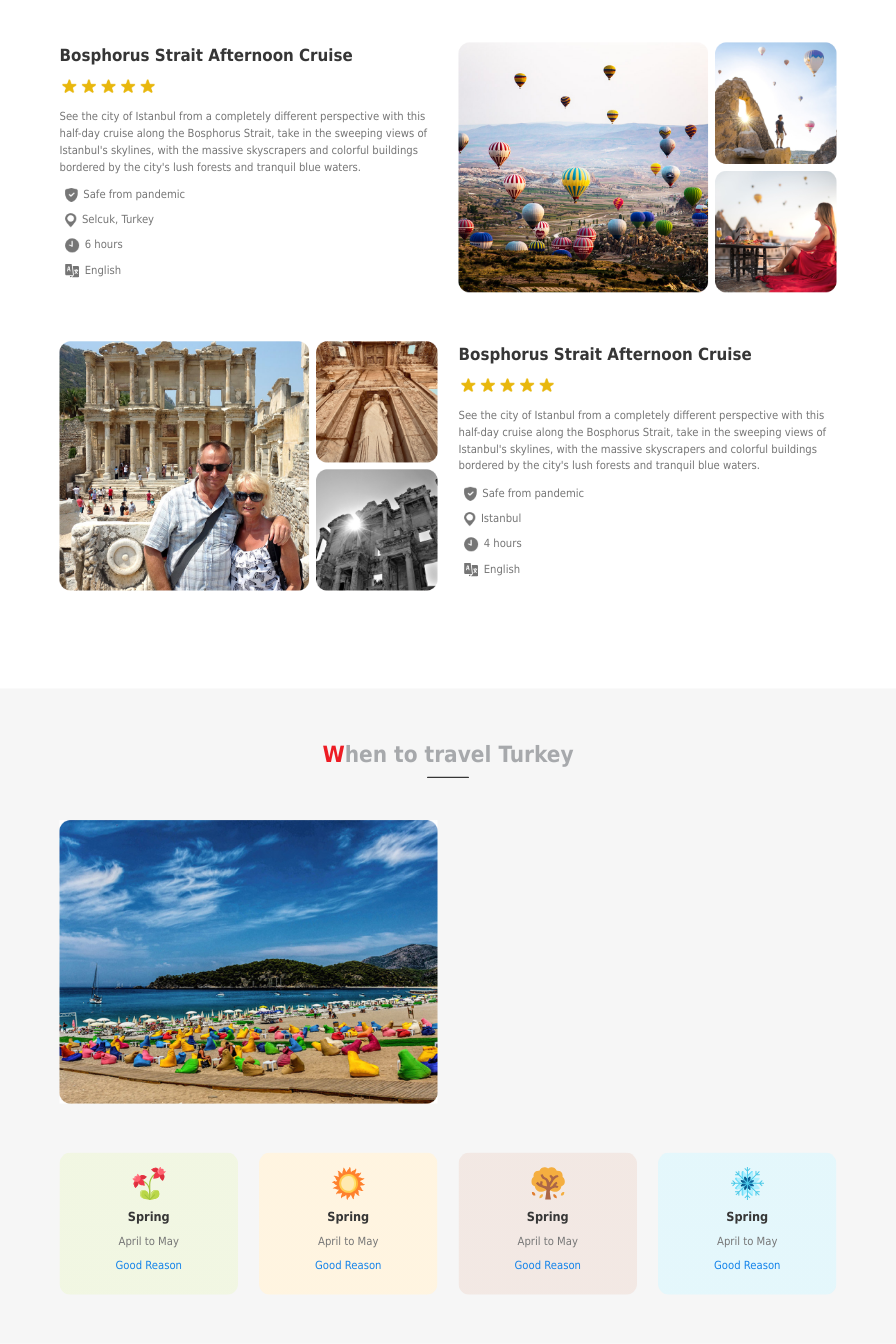
Repository: cvminhquan/turkey
Page: index.html
The author's editor kept a copy of each file at every save. The page is drawn from the files as they stood at one save, then again after the next save.
The browser window is 1280 px wide. The pictures show the part of the page from y = 1881 to 3801 px (the page is 3801 px tall), at 70% of full size.
The style sheet was rebuilt from its Sass, Less or Tailwind sources for each picture, by a compiler version that may differ from the author's.

Above is the page before, as saved 2022-09-15 20:12:17.

After the next save:
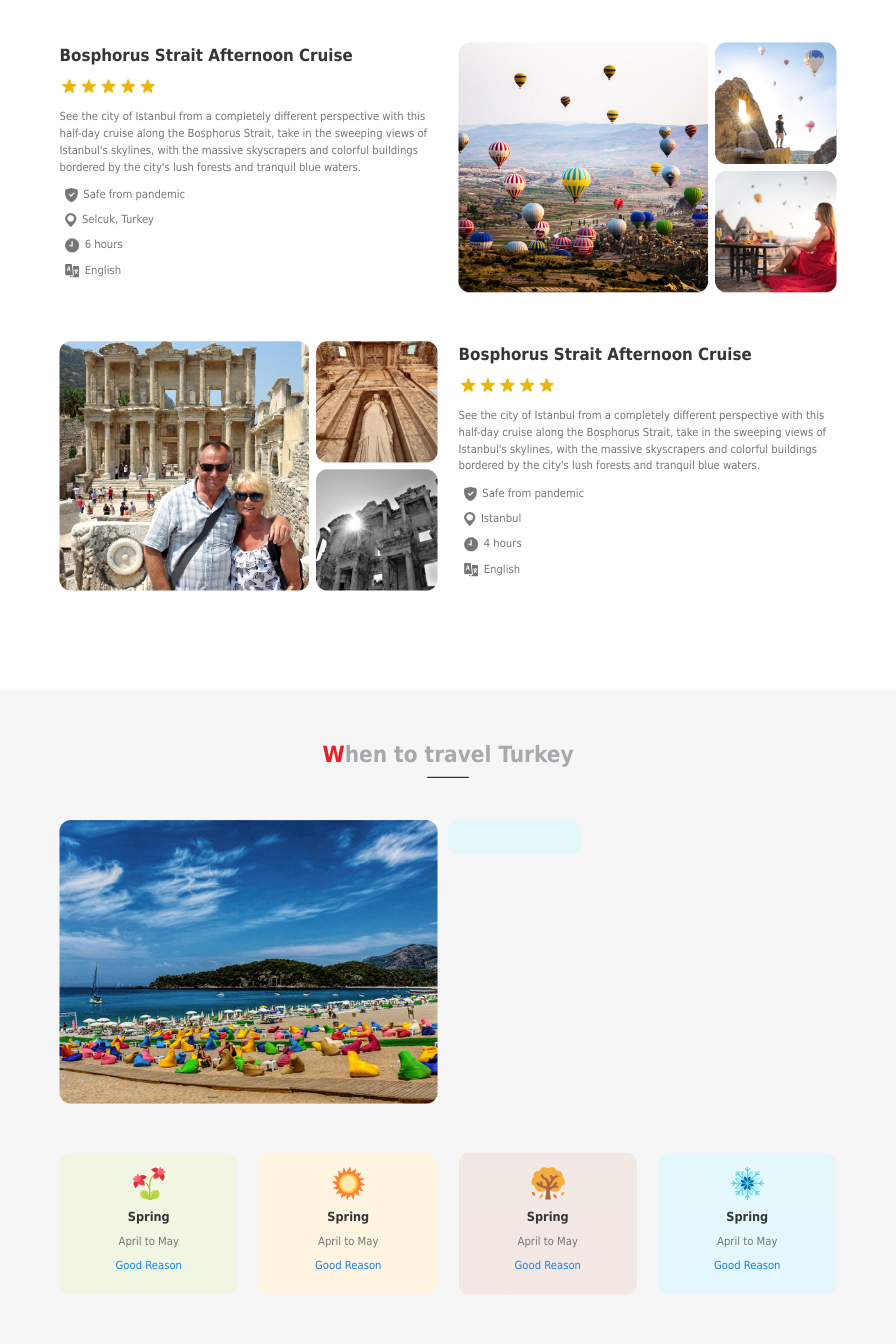
Saved 54 s later.
--- a/index.html
+++ b/index.html
@@ -156,7 +156,7 @@
                     <div class="col-lg-6">
                         <!-- <p class="bdr"><img src="./images/road.jpg" alt=""></p> -->
                         <div class="row">
-                            <div class="col-4 bg-winter"></div>
+                            <div class="col-4 bg-winter" style="height:50px"></div>
                             <div class="col-2">
                                 <div class="row bg-summer">
                                     <div class="col-12">

After the save that followed:
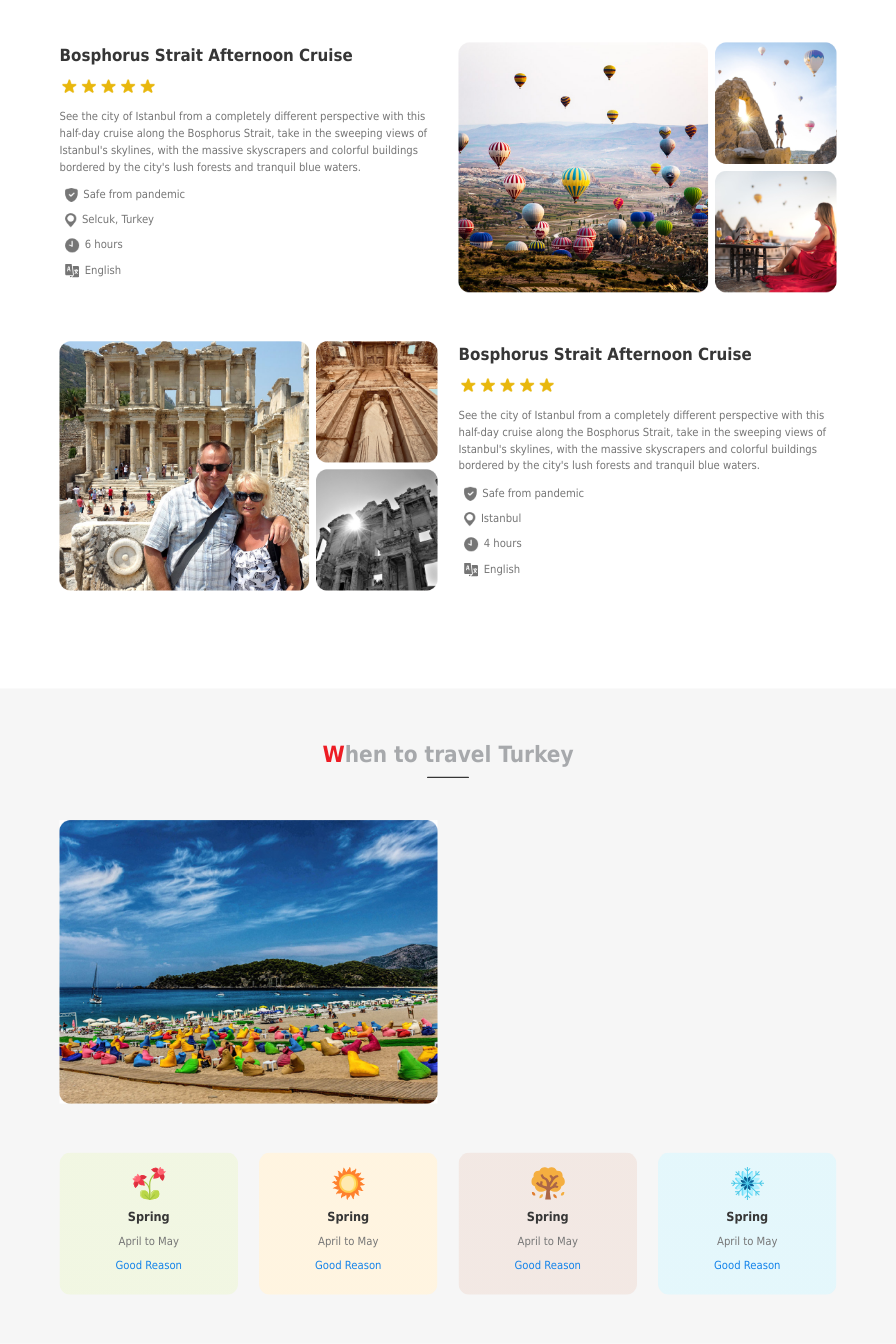
Saved 17 s later.
--- a/index.html
+++ b/index.html
@@ -156,7 +156,7 @@
                     <div class="col-lg-6">
                         <!-- <p class="bdr"><img src="./images/road.jpg" alt=""></p> -->
                         <div class="row">
-                            <div class="col-4 bg-winter" style="height:50px"></div>
+                            <div class="col-4 bg-winter h-100"></div>
                             <div class="col-2">
                                 <div class="row bg-summer">
                                     <div class="col-12">
